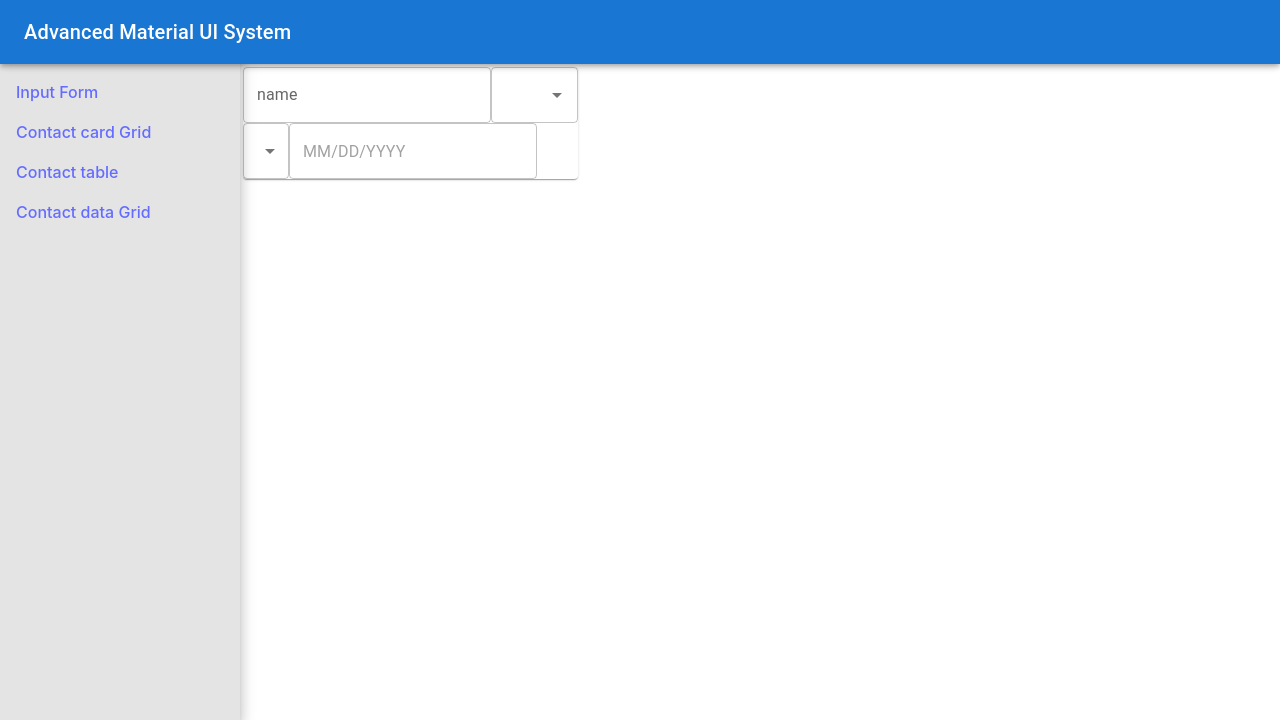
Repository: knowledgeAlan/react-mui
Page: /
These files come from the project's save history. The page is drawn as it stood at one moment and after a run of saves; the edit follows.
The browser window is 1280 px wide. The pictures show the whole page.
The project was rebuilt for these pictures with package versions that can differ from the ones it lists, and the page was loaded fresh each time. Also part of the build but not shown: vite.config.ts, src/components/grid/ContactCardGrid.tsx, src/components/DataGrid/ContactDataGrid.tsx, src/components/table/ContactTable.tsx.

Above is the page before, as saved 2025-01-22 18:01:56.

After the next 5 saves:
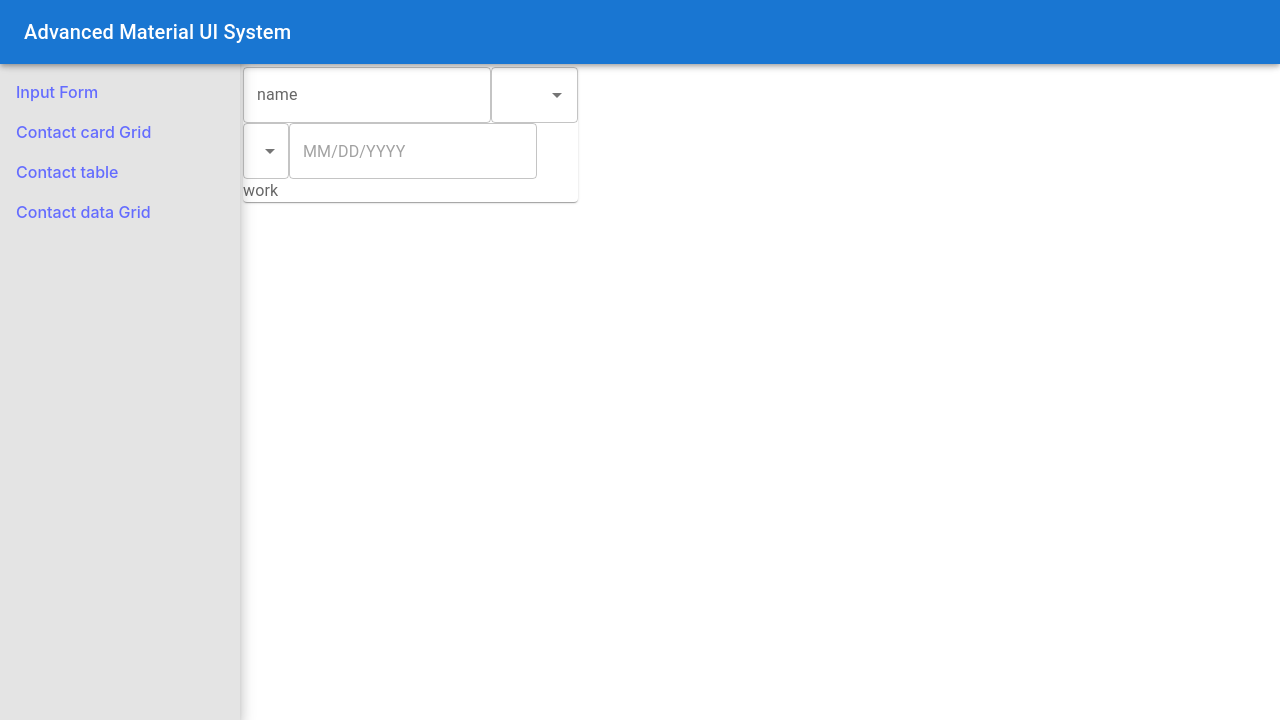
The 5 saves are shown as one change because they came seconds apart.
The last was saved 14 s later.
--- a/src/components/Form/ContactForm.tsx
+++ b/src/components/Form/ContactForm.tsx
@@ -62,8 +62,8 @@ export default function ContactForm(){
 
 
                     <FormGroup>
-                        <FormLabel>
-
+                        <FormLabel component="legend">
+                                    work
                         </FormLabel>
                     </FormGroup>
                 </FormControl>
